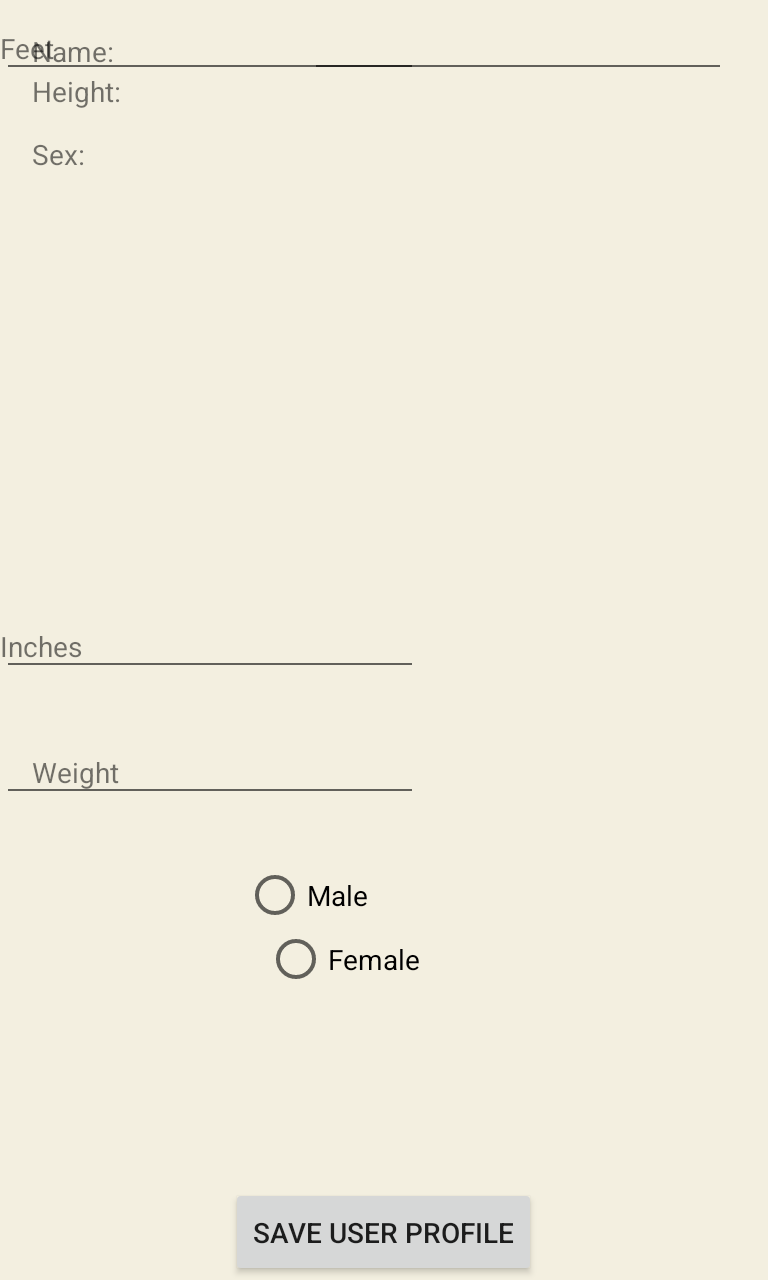
Repository: CS185Wingman/wingman
Layout: Workspace/wingman/res/layout/user_settings.xml
An editor plug-in stored every save of this project. The layout is shown before and after the next save, followed by the edit.
It is drawn on a 768 x 1280 px phone screen (xhdpi) without system bars, with theme AppTheme; the app's code is not run.

Above is the layout before, as saved 2014-06-06 04:28:13.

After the next save:
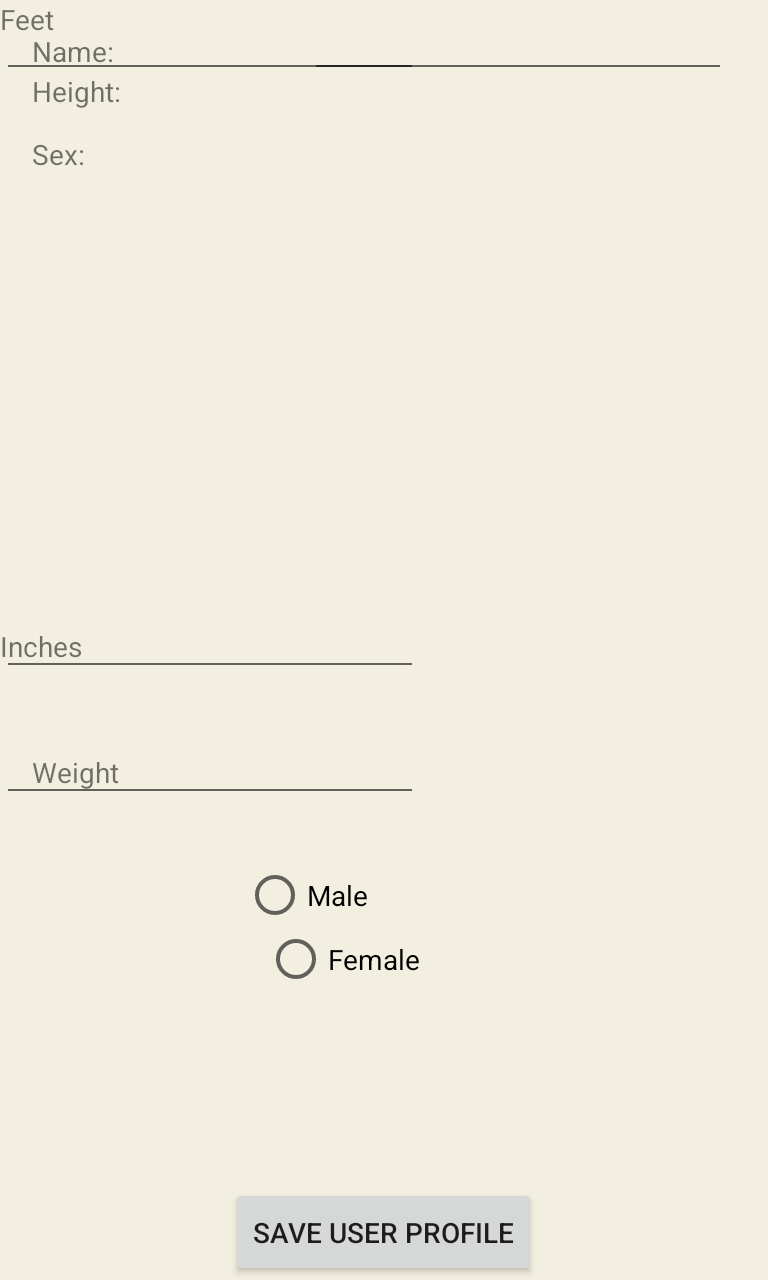
Saved 6 s later.
--- a/Workspace/wingman/res/layout/user_settings.xml
+++ b/Workspace/wingman/res/layout/user_settings.xml
@@ -68,8 +68,6 @@
         android:id="@+id/feetLabel"
         android:layout_width="wrap_content"
         android:layout_height="wrap_content"
-        android:layout_alignBaseline="@+id/heightField"
-        android:layout_alignBottom="@+id/heightField"
         android:text="Feet" />
 
     <TextView
